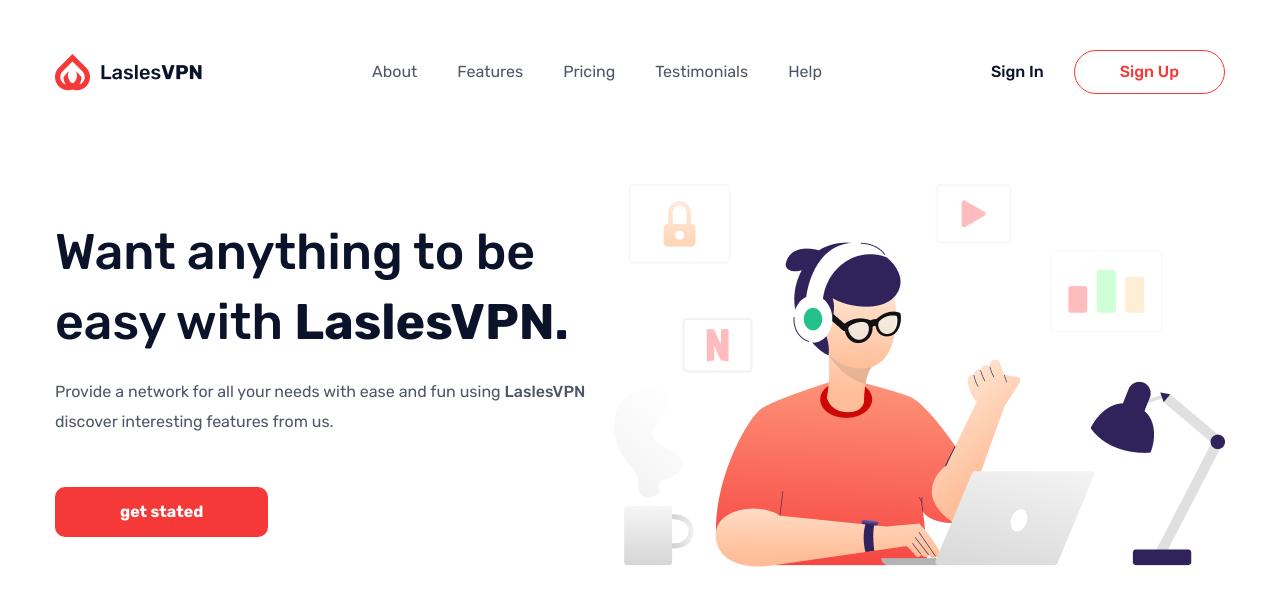
Repository: longvuht/lasles-VPN-vu
Page: index.html
The author's editor kept a copy of each file at every save. The page is drawn from the files as they stood at one save, then again after the next save.
The browser window is 1280 px wide. The pictures show the whole page.
The style sheet was rebuilt from its Sass, Less or Tailwind sources for each picture, by a compiler version that may differ from the author's.

Above is the page before, as saved 2022-09-10 16:47:34.

### index.html
<!DOCTYPE html>
<html lang="en">
  <head>
    <meta charset="UTF-8" />
    <meta name="viewport" content="width=device-width, initial-scale=1.0" />
    <title>lasles vpn vu</title>
    <link rel="preconnect" href="https://fonts.googleapis.com" />
    <link rel="preconnect" href="https://fonts.gstatic.com" crossorigin />
    <link
      href="https://fonts.googleapis.com/css2?family=Rubik:wght@400;500;700&display=swap"
      rel="stylesheet"
    />
    <link rel="stylesheet" href="./css/style.css" />
  </head>
  <body>
    <div class="wrapper">
      <header class="header">
        <div class="container">
          <div class="header-container">
            <img
              src="./img/header-logo.png"
              alt="header logo"
              class="header-logo"
            />
            <ul class="menu">
              <li class="menu-item">
                <a href="#" class="menu-link">About</a>
              </li>
              <li class="menu-item">
                <a href="#" class="menu-link">Features</a>
              </li>
              <li class="menu-item">
                <a href="#" class="menu-link">Pricing</a>
              </li>
              <li class="menu-item">
                <a href="#" class="menu-link">Testimonials</a>
              </li>
              <li class="menu-item">
                <a href="#" class="menu-link">Help</a>
              </li>
            </ul>
            <div class="header-auth">
              <a href="#none" class="header-signin">sign in</a>
              <a href="#none" class="button button--outline">sign up</a>
            </div>
          </div>
        </div>
      </header>
      <main>
        <section class="hero">
          <div class="container">
            <div class="hero-container">
              <div class="hero-content">
                <h1 class="hero-heading">
                  Want anything to be easy with <strong>LaslesVPN.</strong>
                </h1>
                <p class="hero-desc">
                  Provide a network for all your needs with ease and fun using
                  <strong>LaslesVPN</strong> discover interesting features from
                  us.
                </p>
                <a href="#" class="button button--rounded button--primary"
                  >get stated</a
                >
              </div>
              <div class="hero-image">
                <img src="./img/hero-img.png" alt="hero image" />
              </div>
            </div>
          </div>
        </section>
      </main>
    </div>
  </body>
</html>

### sass/app.scss
@import "reset";
@import "variables";
@import "global";
@import "header";
@import "hero";

### sass/_variables.scss
$font: "Rubik", sans-serif;
$text-color: #4f5665;
$heading-color: #0b132a;
$primary-color: #f53838;
$grey-color: #dde0e4;

### sass/_global.scss
.wrapper {
  max-width: 1440px;
  margin: 0 auto;
}
.container {
  max-width: 1170px;
  margin: 0 auto;
  padding: 0 15px;
}

body {
  line-height: 1;
  font-family: $font;
  color: $text-color;
  font-size: 16px;
  font-weight: 400;
}

.button {
  display: inline-block;
  padding: 13px 45px;
  border-radius: 100rem;
  font-family: $font;
  line-height: 1;
  font-weight: 500;
  font-size: 16px;
  text-decoration: none;
  outline: none;
  cursor: pointer;
  &--primary {
    font-weight: 700;
    background-color: $primary-color;
    color: #fff;
  }
  &--outline {
    background-color: transparent;
    color: $primary-color;
    font-weight: 500;
    border: 1px solid;
  }
  &--rounded {
    border-radius: 10px;
    padding: 17px 65px;
  }
}

### sass/_header.scss
.header {
  padding-top: 50px;
  padding-bottom: 90px;
  &-container {
    display: flex;
    justify-content: space-between;
    align-items: center;
  }
  &-auth {
    display: flex;
    align-items: center;
    gap: 0 30px;
    text-transform: capitalize;
  }
  &-signin {
    font-weight: 500;
    color: $heading-color;
    text-decoration: none;
  }
}

.menu {
  list-style: none;
  display: flex;
  align-items: center;
  gap: 0 40px;
  &-link {
    color: inherit;
    text-decoration: none;
  }
}

### sass/_hero.scss
.hero {
  &-container {
    display: flex;
    justify-content: space-between;
    align-items: center;
  }
  &-content {
    width: 100%;
    max-width: 555px;
  }

  &-heading {
    font-size: 50px;
    font-weight: 500;
    margin-bottom: 20px;
    line-height: calc(70 / 50);
    color: $heading-color;
    strong {
      font-weight: 700;
    }
  }
  &-desc {
    line-height: calc(30 / 16);
    margin-bottom: 50px;
    strong {
      font-weight: 500;
    }
  }
}

Loaded but not shown: sass/_reset.scss (common file)

After the next save:
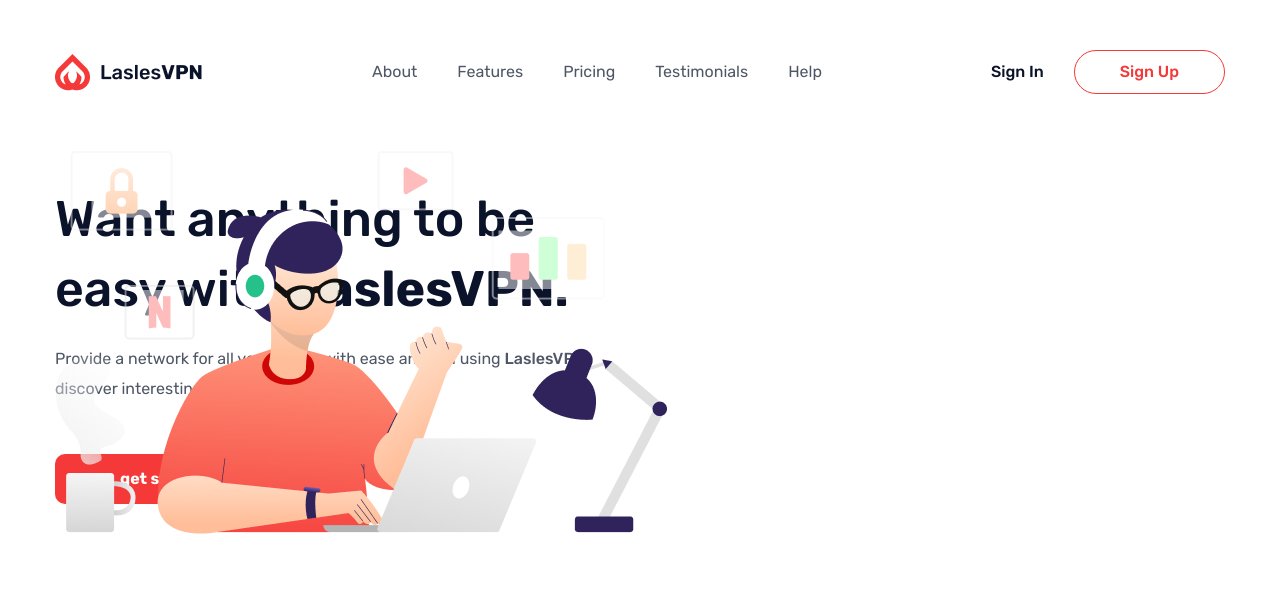
Saved 27 s later.
--- a/sass/_hero.scss
+++ b/sass/_hero.scss
@@ -3,10 +3,14 @@
     display: flex;
     justify-content: space-between;
     align-items: center;
+    position: relative;
   }
   &-content {
     width: 100%;
     max-width: 555px;
+  }
+  &-image {
+    position: absolute;
   }
 
   &-heading {
